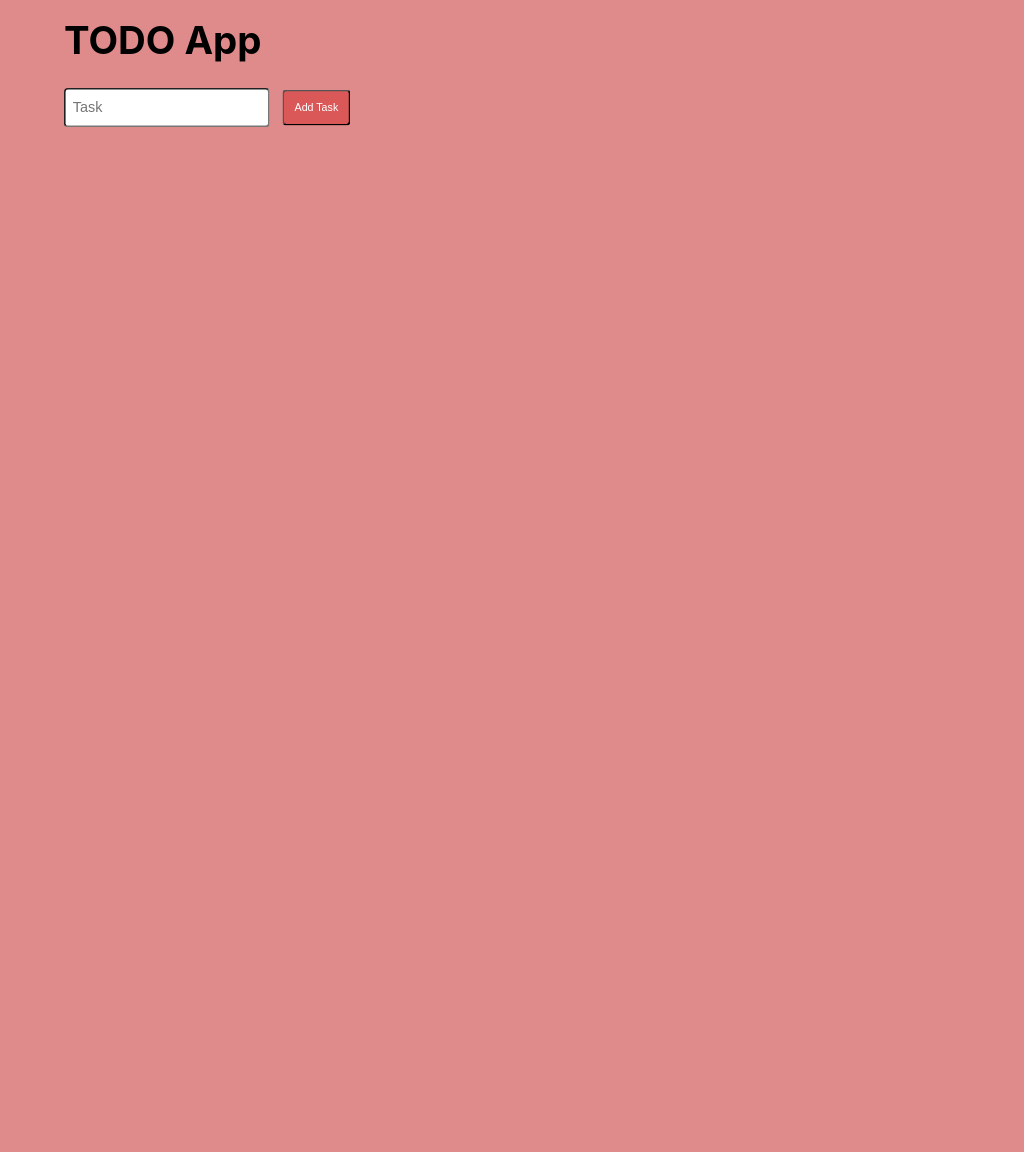
Repository: BhanuKaukuntla/TodoApp
Page: /
An editor plug-in stored every save of this project. The page is shown before and after the next save, followed by the edit.
The browser window is 1280 px wide. The pictures show the whole page, at 80% of full size.
The project was rebuilt for these pictures with package versions that can differ from the ones it lists, and the page was loaded fresh each time. Also part of the build but not shown: src/components/TodoItem/TodoItem.js.

Above is the page before, as saved 2021-12-04 10:00:21.

After the next save:
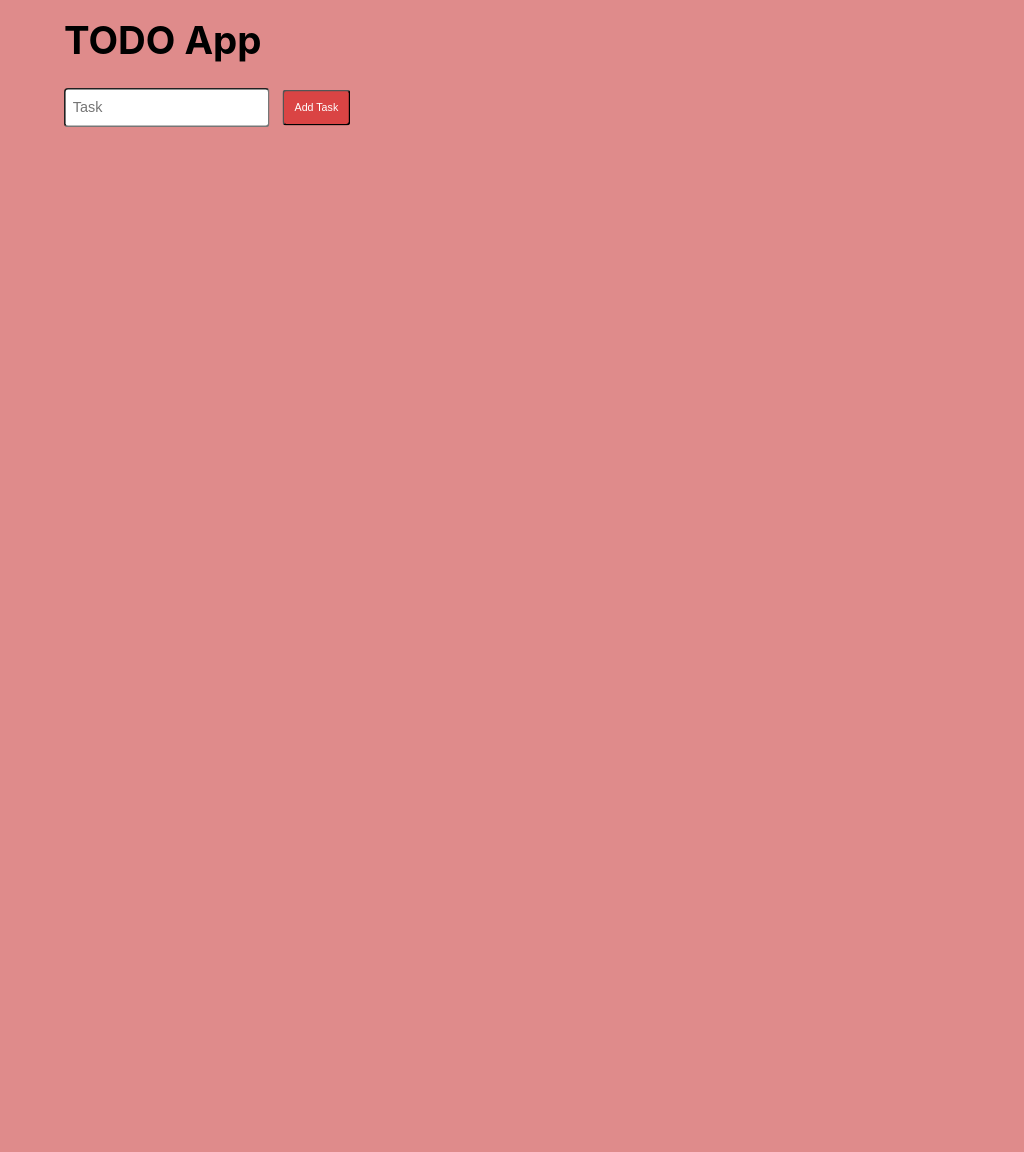
Saved 11 s later.
--- a/src/index.css
+++ b/src/index.css
@@ -65,7 +65,7 @@
   border-radius: 5px;
   color: white;
   /* background-color: #df6a6a; */
-  background-color: #db5858;
+  background-color: #da4444;
   position: relative;
   bottom: 1.5px;
 }

After the save that followed:
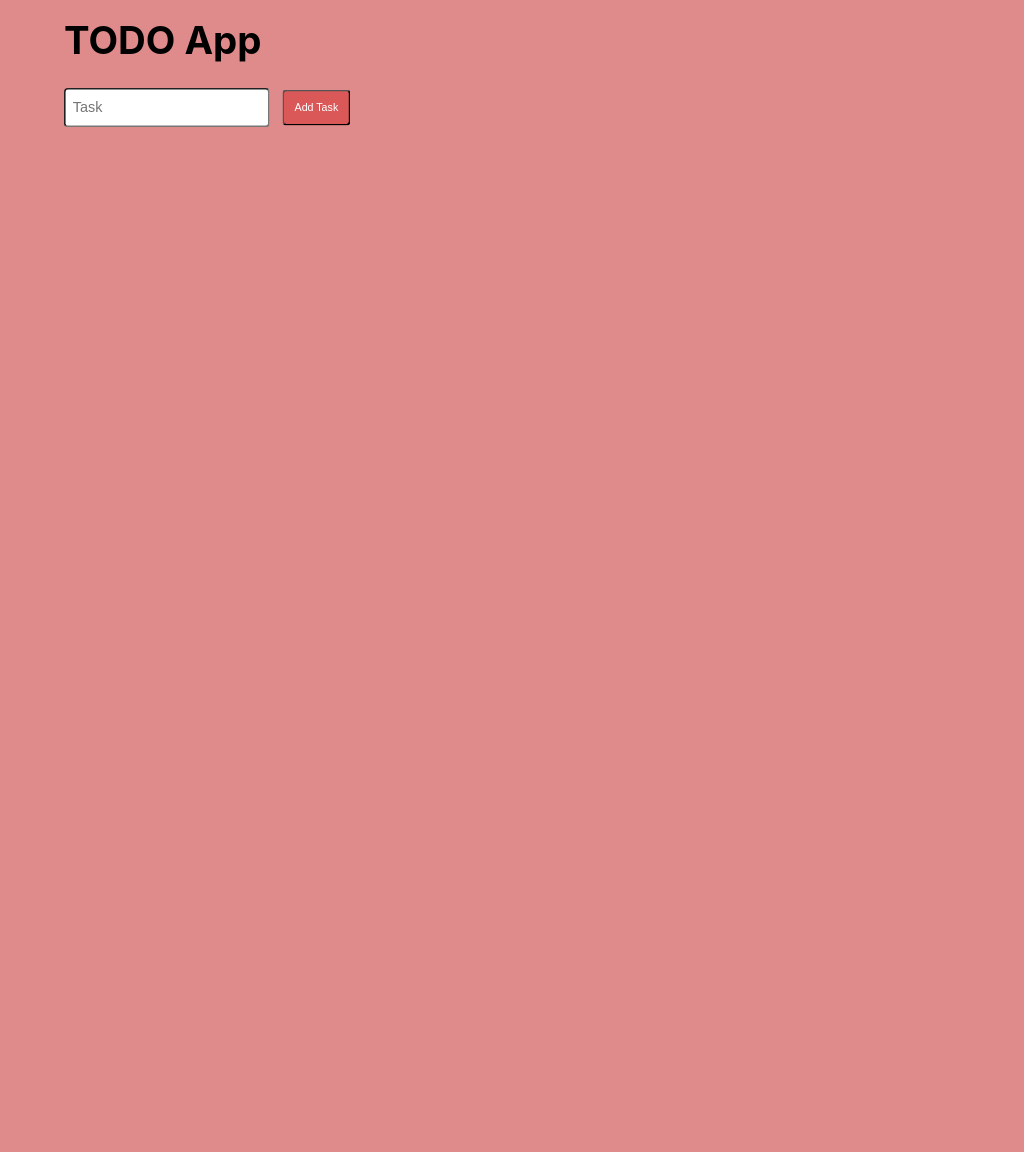
Saved 45 s later.
--- a/src/index.css
+++ b/src/index.css
@@ -65,7 +65,7 @@
   border-radius: 5px;
   color: white;
   /* background-color: #df6a6a; */
-  background-color: #da4444;
+  background-color: #db5858;
   position: relative;
   bottom: 1.5px;
 }
